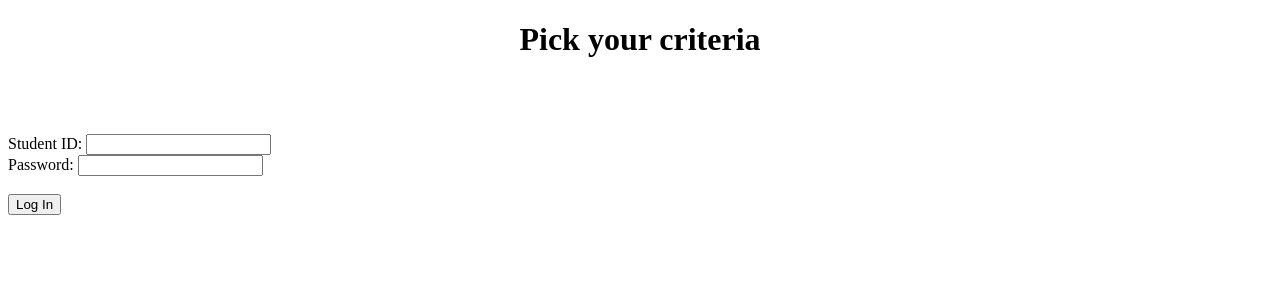
Repository: weshayutin/java258Online
Page: http://localhost/Week5Assignment/classcriteria.jsp
The author's editor kept a copy of each file at every save. The page is drawn from the files as they stood at one save, then again after the next save.
The browser window is 1280 px wide. The pictures show the whole page.
The page is served by Tomcat 9.

Above is the page before, as saved 2011-02-09 06:30:01.

After the next save:
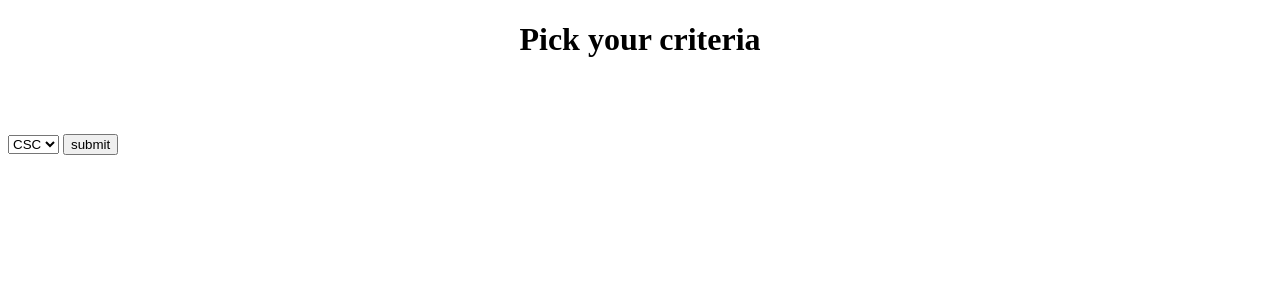
Saved 93 s later.
--- a/workspace/Week5Assignment/WebContent/classcriteria.jsp
+++ b/workspace/Week5Assignment/WebContent/classcriteria.jsp
@@ -10,10 +10,12 @@
 <h1 align="center"> Pick your criteria</h1>
 <br><br><br>
 <form action="classcriteria.do" method="POST">
-	Student ID: <input type="text" name="name"/><br>
-	Password: <input type="password" name="password"/><br/><br/>
+  <select>
+  <option value="CSC">CSC</option>
+  <option value="ENG">ENG</option>
+</select>
 
-	 <input type="SUBMIT" value="Log In"/>
+	 <input type="SUBMIT" value="submit"/>
 </form>
 </body>
 </html>
